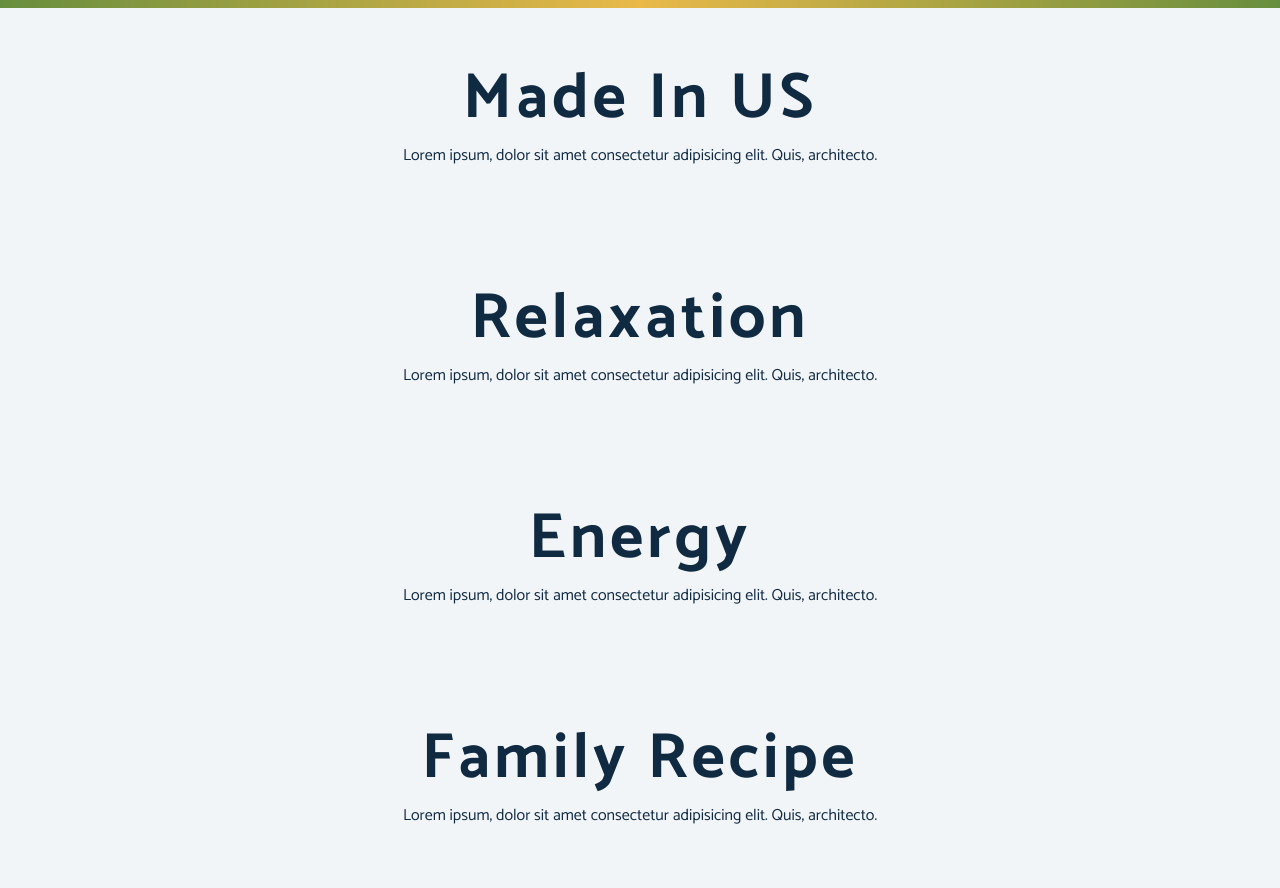
Repository: waniArif/tea-project
Page: index.html
The author's editor kept a copy of each file at every save. The page is drawn from the files as they stood at one save, then again after the next save.
The browser window is 1280 px wide. The pictures show the part of the page from y = 720 to 1640 px (the page is 1608 px tall before and 1640 px after).
Some icons come from a web library that is not loaded, so they are not drawn. Backgrounds fixed to the window are drawn as part of the page. Some web fonts or font styles are not loaded; a fallback is used.

Above is the page before, as saved 2021-07-04 15:14:16.
Console error: TypeError: Cannot read properties of null (reading 'addEventListener')

### index.html
<!DOCTYPE html>
<html lang="en">
  <head>
    <meta charset="UTF-8" />
    <meta name="viewport" content="width=device-width, initial-scale=1.0" />
    <meta http-equiv="X-UA-Compatible" content="ie=edge" />
    <title>Tea Station || Home</title>
    <!-- font-awesome -->
    <link
      rel="stylesheet"
      href="./fontawesome-free-5.12.1-web/css/all.min.css"
    />
    <!-- custom css -->
    <link rel="stylesheet" href="./css/styles.css" />
  </head>
  <body>
    <!-- navbar here -->
    <!-- header here -->

    <header class="header">
      <div class="banner">
        <h2>Over one hundred flavours</h2>
        <h1>
          Wani's<br />
          Crafted tea
        </h1>
        <a href="skills.html" class="btn banner-btn">explore</a>
      </div>
    </header>
    <!-- header ends here -->
    <div class="content-divider"></div>
    <!-- skills section -->

    <section class="skills clearfix">
      <!-- single skill -->
      <article class="skill">
        <span class="skill-icon">
          <i class="fas fa-mug-hot"></i>
        </span>
        <h4 class="skill-title">made in US</h4>
        <p class="skill-text">
          Lorem ipsum, dolor sit amet consectetur adipisicing elit. Quis,
          architecto.
        </p>
      </article>
      <!-- end of a single skill -->
      <!-- single skill -->
      <article class="skill">
        <span class="skill-icon">
          <i class="fas fa-glass-cheers"></i>
        </span>
        <h4 class="skill-title">relaxation</h4>
        <p class="skill-text">
          Lorem ipsum, dolor sit amet consectetur adipisicing elit. Quis,
          architecto.
        </p>
      </article>
      <!-- end of a single skill -->
      <!-- single skill -->
      <article class="skill">
        <span class="skill-icon">
          <i class="fas fa-bomb"></i>
        </span>
        <h4 class="skill-title">Energy</h4>
        <p class="skill-text">
          Lorem ipsum, dolor sit amet consectetur adipisicing elit. Quis,
          architecto.
        </p>
      </article>
      <!-- end of a single skill -->
      <!-- single skill -->
      <article class="skill">
        <span class="skill-icon">
          <i class="fas fa-mortar-pestle"></i>
        </span>
        <h4 class="skill-title">family recipe</h4>
        <p class="skill-text">
          Lorem ipsum, dolor sit amet consectetur adipisicing elit. Quis,
          architecto.
        </p>
      </article>
      <!-- end of a single skill -->
    </section>
    <!--  end of skills section -->

    <script src="app.js"></script>
  </body>
</html>

### css/styles.css
/*
===================
Fonts
===================
*/

@import url("https://fonts.googleapis.com/css?family=Catamaran:400,700|Grand+Hotel");

/*
===================
Variables
===================
*/

:root {
  --clr-primary: #678e3e;
  --clr-primarylight: #beed8c;
  --clr-grey-1: #102a42;
  --clr-grey-5: #617d98;
  --clr-grey-10: #f1f5f8;
  --clr-white: #fff;
  --ff-primary: "Catamaran", sans-serif;
  --ff-secondary: "Grand Hotel", cursive;
  --transition: all 0.3 linear;
  --spacing: 0.25rem;
  --radius: 0.5rem;
}

* {
  margin: 0;
  padding: 0;
  box-sizing: border-box;
}

body {
  font-family: var(--ff-primary);
  background: var(--clr-white);
  color: var(--clr-grey-1);
  line-height: 1.5rem;
  font-size: 0.875rem;
}

a {
  text-decoration: none;
}

img {
  width: 100%;
  display: block;
}

h1,
h2,
h3,
h4 {
  letter-spacing: var(--spacing);
  text-transform: capitalize;
  line-height: 1.25;
  margin-bottom: 0.75rem;
}

h1 {
  font-size: 3rem;
}

h2 {
  font-size: 2rem;
}

h3 {
  font-size: 1.5rem;
}

h4 {
  font-size: 0.875rem;
}

p {
  margin-bottom: 1.25rem;
}

@media screen and (min-width: 800px) {
  h1 {
    font-size: 4rem;
  }
  h2 {
    font-size: 2.5rem;
  }
  h3 {
    font-size: 2rem;
  }
  h4 {
    font-size: 4rem;
  }
  body {
    font-size: 1rem;
  }
  h1,
  h2,
  h3,
  h4 {
    line-height: 1;
  }
}

/* more global css */

.btn {
  text-transform: uppercase;
  background: var(--clr-primary);
  color: var(--clr-white);
  padding: 0.75rem 1rem;
  letter-spacing: var(--spacing);
  display: inline-block;
  font-weight: 700;
  transition: var(--transition);
  font-size: 1rem;
  border: none;
  cursor: pointer;
  box-shadow: 0 1px 3px rgba(0, 0, 0, 0.2);
}
.btn:hover {
  color: var(--clr-primary);
  background: var(--clr-primarylight);
}

/*
===================
Header
===================
*/

.header {
  min-height: 100vh;
  background: linear-gradient(rgba(0, 0, 0, 0.6), rgba(0, 0, 0, 0.6)),
    url("../images/main-bcg.jpeg") center/cover no-repeat fixed;

  position: relative;
  /* animation */
  overflow-x: hidden;
}

.banner {
  text-align: center;
  position: absolute;
  top: 50%;
  left: 50%;
  transform: translate(-50%, -50%);
}
.banner h2 {
  font-family: var(--ff-secondary);
  color: var(--clr-primary);
  /* animation */
}
.banner h1 {
  text-transform: uppercase;
  color: var(--clr-white);
  margin-top: 1.25rem;
  margin-bottom: 2rem;
  /* animation */
}
.banner-btn {
  outline: 0.125rem solid var(--clr-primary);
  outline-offset: 0.25rem;
  font-size: 1.25rem;
  padding: 1rem 1.75rem;
}

/* content-divider */

.content-divider {
  height: 0.5rem;
  background: linear-gradient(
    to left,
    var(--clr-primary),
    #e9b949,
    var(--clr-primary)
  );
}

/*
===================
Skills
===================
*/

.skills {
  background: var(--clr-grey-10);
}
.skill {
  padding: 2.5rem 0;
  text-align: center;
  transition: var(--transition);
}

.skill-icon {
  font-size: 2.5rem;
  margin-bottom: 1.25rem;
  transition: var(--transition);
  display: block;
}

Loaded but not shown: app.js (common file)

After the next save:
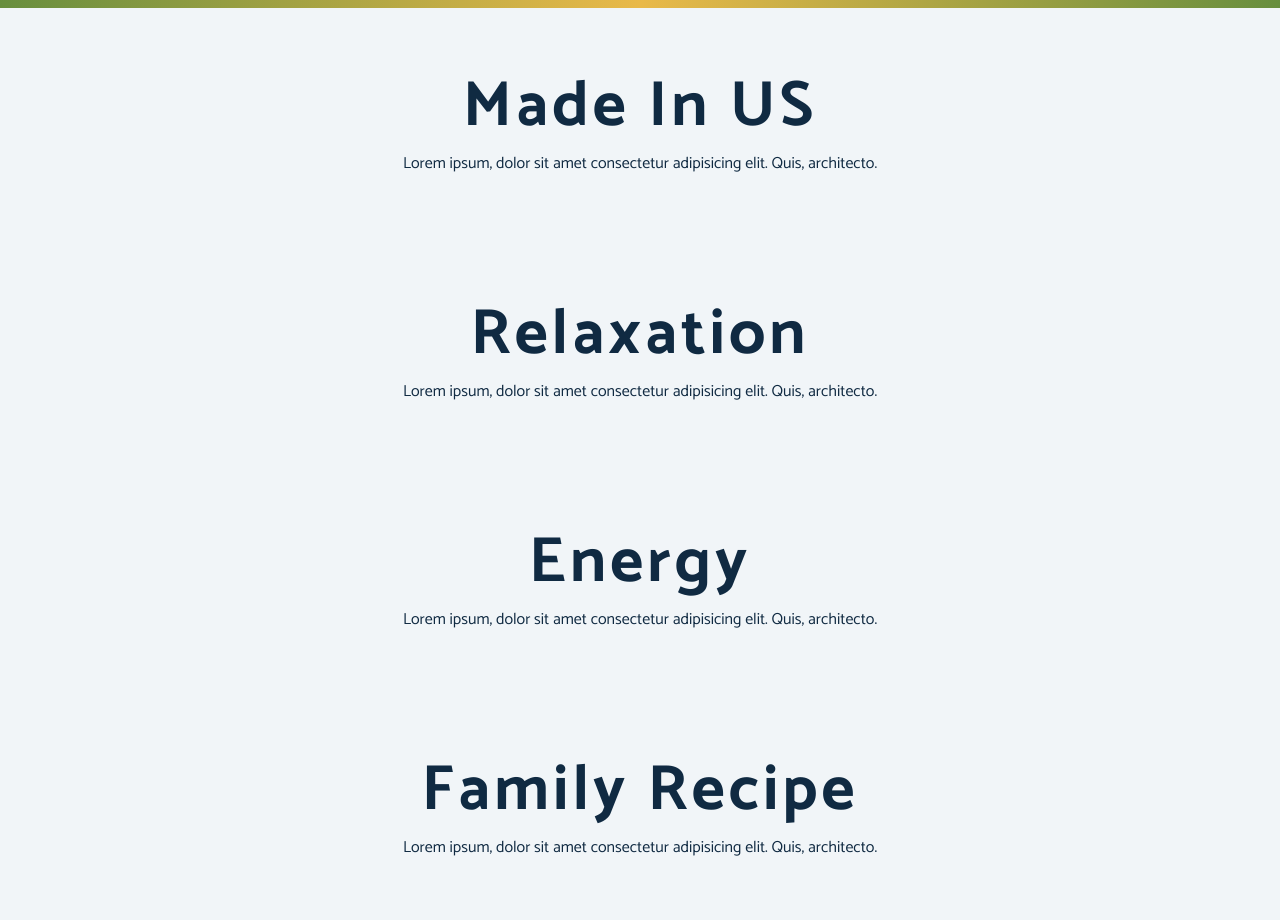
Saved 11 s later.
--- a/css/styles.css
+++ b/css/styles.css
@@ -197,5 +197,5 @@ Skills
   font-size: 2.5rem;
   margin-bottom: 1.25rem;
   transition: var(--transition);
-  display: block;
-}
+  display: inline-block;
+}
